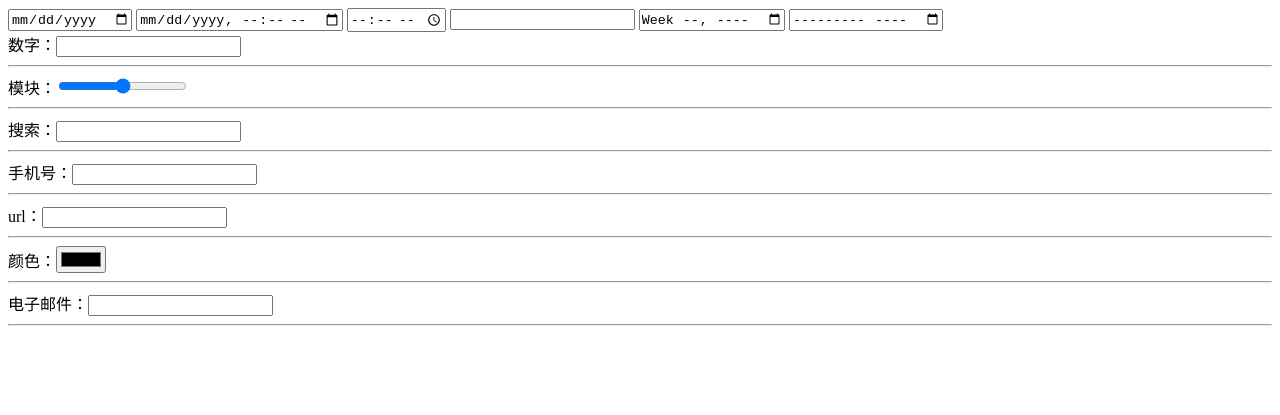
Repository: WKYQAQ/LX
Page: day03_form2.html
The author's editor kept a copy of each file at every save. The page is drawn from the files as they stood at one save, then again after the next save.
The browser window is 1280 px wide. The pictures show the whole page.

Above is the page before, as saved 2020-07-23 10:11:17.

After the next save:
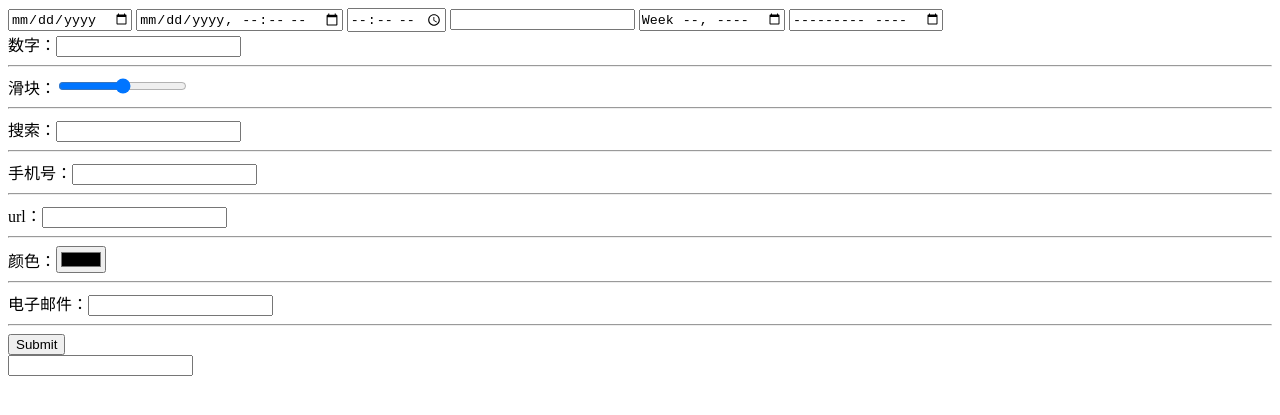
Saved 7 min 4 s later.
--- a/day03_form2.html
+++ b/day03_form2.html
@@ -13,15 +13,17 @@
     <input type="datetime"/>
     <input type="week"/>
     <input type="month"/>
-    <!--其他控件-->
+    <!--其他补充控件-->
     <form action="a1.php">
         数字：<input type="number"/><hr />
-        模块：<input type="range"/><hr />
+        滑块：<input type="range"/><hr />
         搜索：<input type="search"/><hr />
         手机号：<input type="tel"/><hr />
         url：<input type="url"/><hr />
         颜色：<input type="color"/><hr />
         电子邮件：<input type="email"/><hr />
+        <input type="submit" formaction="a2.php" formmethod=""><!--可以改变提交的地址-->
     </form>
+    <input type="text" form="a1">
 </body>
 </html>
